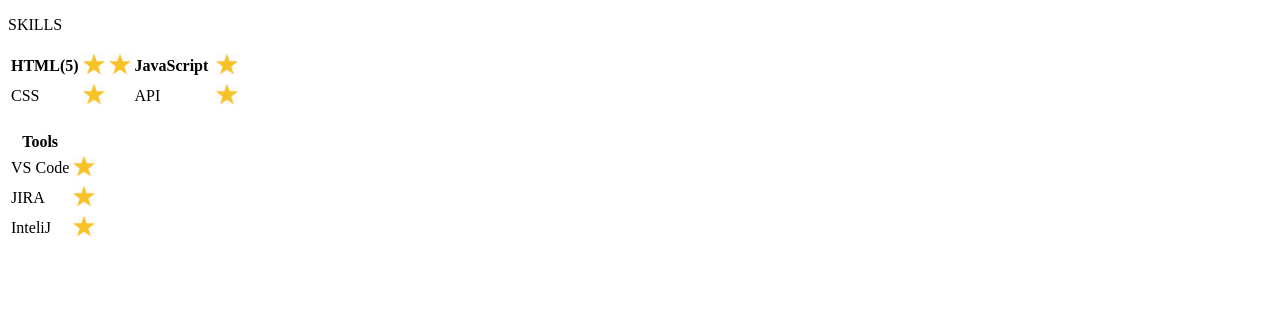
Repository: ew-code/Web-Development
Page: HTML - Personal Site/abilities.html
These files come from the project's save history. The page is drawn as it stood at one moment and after a run of saves; the edit follows.
The browser window is 1280 px wide. The pictures show the whole page.

Above is the page before, as saved 2021-01-03 17:27:19.

### HTML - Personal Site/abilities.html
<!DOCTYPE html>
<html lang="en">

<head>
  <meta charset="UTF-8">
  <meta name="viewport" content="width=device-width, initial-scale=1.0">
  <meta http-equiv="X-UA-Compatible" content="ie=edge">
  <title>Abilities</title>
</head>

<body>
<title>Abilities</title>
  <p>SKILLS</p>
  <table>
    <colgroup span="4"></colgroup>
    <tr>
      <th>HTML(5)</th>
      <th><img src="images\star.png" alt="yellow star"></th>
       <th><img src="images\star.png" alt="yellow star"></th>
      <th>JavaScript</th>
      <th><td><img src="images\star.png" alt="yellow star"></td></th>
    <tr>
      <td>CSS</td>
      <td><img src="images\star.png" alt="yellow star"></td>
      <td></td>
      <td>API<td>
      <td><img src="images\star.png" alt="yellow star"></td>
    </tr>
  </table>
  <br>
  <table>
    <thead>
      <tr>
        <th>Tools</th>
      </tr>
    </thead>
    <tbody>
      <tr>
        <td>VS Code</td>
        <td><img src="images\star.png" alt="yellow star"></td>
      </tr>
      <tr>
        <td>JIRA</td>
        <td><img src="images\star.png" alt="yellow star"></td>
      </tr>
      <td>InteliJ</td>
      <td><img src="images\star.png" alt="yellow star"></td>
      </tr>
    </tbody>
  </table>

</body>

</html>

After the next 2 saves:
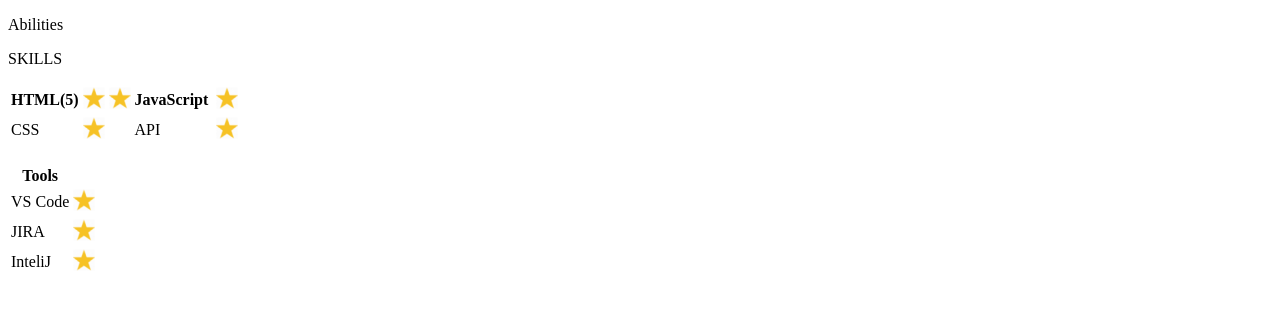
The 2 saves are shown as one change because they came seconds apart.
The last was saved 7 s later.
--- a/HTML - Personal Site/abilities.html
+++ b/HTML - Personal Site/abilities.html
@@ -9,7 +9,7 @@
 </head>
 
 <body>
-<title>Abilities</title>
+<p>Abilities</p>
   <p>SKILLS</p>
   <table>
     <colgroup span="4"></colgroup>
